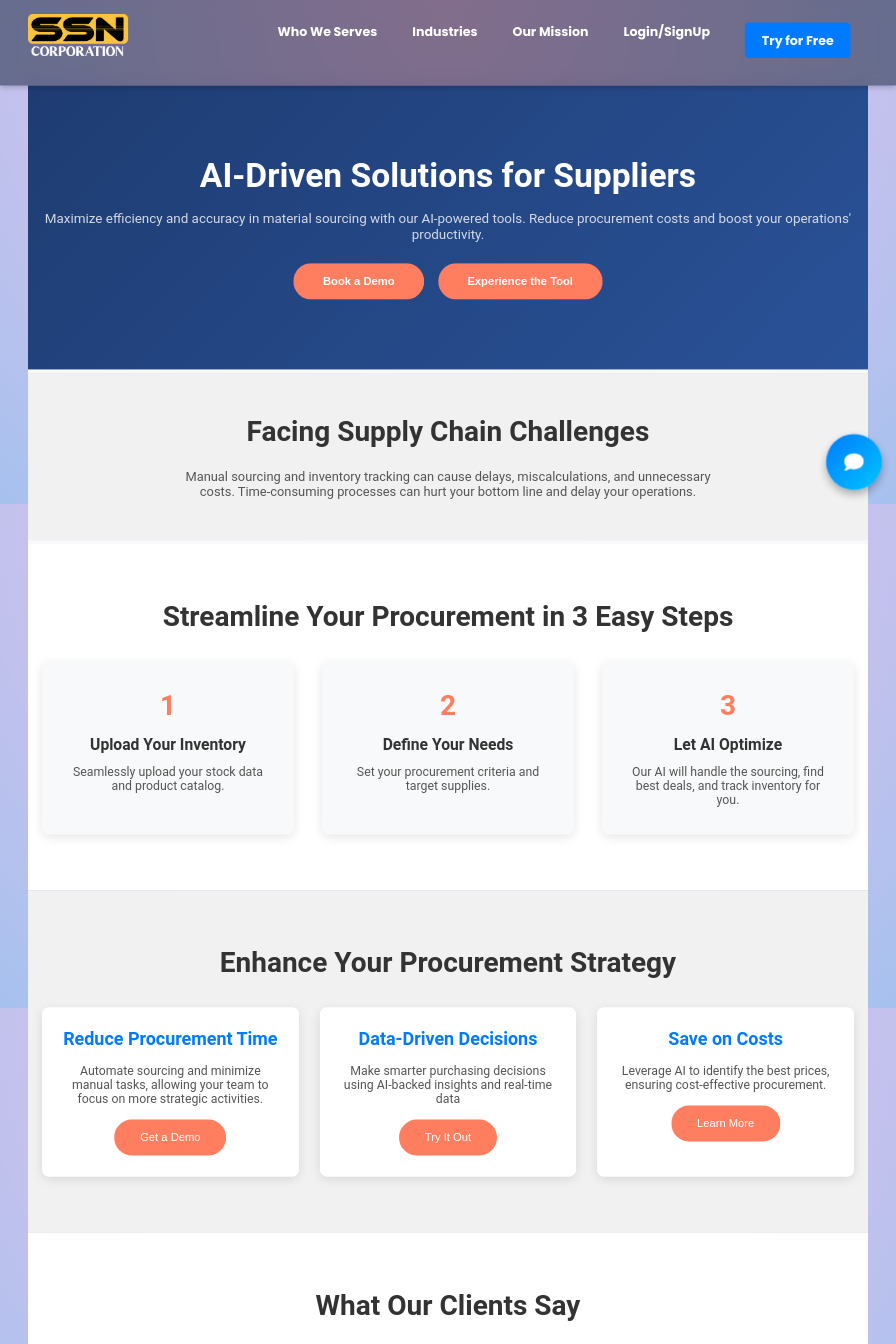
Repository: aabhashbasnet/SSNCorporation
Page: /who-we-serve/suppliers
An editor plug-in stored every save of this project. The page is shown before and after the next save, followed by the edit.
The browser window is 1280 px wide. The pictures show the part of the page from y = 0 to 1920 px (the page is 3004 px tall before and 3017 px after), at 70% of full size.
The project was rebuilt for these pictures with package versions that can differ from the ones it lists, and the page was loaded fresh each time. Also part of the build but not shown: src/components/Main/Main.jsx, src/components/Working/Working.css, src/components/Working/Working.jsx, src/components/Footer/Footer.jsx, src/pages/OurMission/OurMission.jsx, src/pages/LoginSignUp/LoginSignUp.css, src/pages/LoginSignUp/LoginSignUp.jsx, src/pages/Industries/Industries.jsx and 8 more.

Above is the page before, as saved 2025-02-11 13:35:53.

### src/index.css
/* index.css or App.css */
body {
  margin: 0;
  padding: 0;
  font-family: 'Poppins', sans-serif; /* Optional: Add modern typography */
  /* background: linear-gradient(to bottom, #0a192f, #162447); */
  /* background: linear-gradient(to bottom, #0a192f, #004aad); */
  /* background: radial-gradient(circle at top, #00c6ff, #0072ff, #0a192f);
  background: radial-gradient(circle at top, #ff7e5f, #feb47b, #f4f4f4);
  background: radial-gradient(circle at top, #6a11cb, #2575fc);
  background: radial-gradient(circle at top, #ff416c, #ff4b2b); */
  background: radial-gradient(circle at top, #fbc2eb, #a6c1ee);
  /* color: white; Ensures text is readable */
  min-height: 100vh;
}

### src/App.css
.app-container {
  min-height: 100vh;
  display: flex;
  flex-direction: column;
  background-size: cover;
  background-position: center;
}

### src/components/Main/Main.css
/* Ensure the main content takes up the remaining spaces */
html, body {
  height: 100%;
  margin: 0;
}

/* Main content styling */
.main-content {
  padding: 50px 20px;
  text-align: center; /* Center align the content */
  min-height: calc(100vh - 80px); /* Adjust height to fill the remaining space after navbar */
  display: flex;
  flex-direction: column;
  justify-content: center;
  align-items: center; /* Ensure content is centered horizontally */
}

/* Headline styling */
.headline {
  font-family: Verdana, Geneva, Tahoma, sans-serif;
  font-size: 72px; /* Increased font size */
  font-weight: bold;
  color: #333; /* Dark color for readability */
  margin-bottom: 20px;
  line-height: 1.2;
  white-space: normal; /* Allow line breaks */
  display: inline-block; /* Make it an inline-block element */
  max-width: 90%; /* Set a max-width for better control */
}

/* Description styling */
.description {
  font-size: 18px;
  font-weight: bolder;
  color: white; /* Slightly lighter color */
  max-width: 800px; /* Set max-width to avoid overly long lines */
  margin: 0 auto; /* Center align */
  line-height: 1.6;
}

.instant {
  color: red;
}

/* Button container styling */
.button-container {
  display: flex;
  gap: 20px; /* Add space between buttons */
  justify-content: center;
  margin-top: 20px;
  flex-wrap: wrap; /* Ensure buttons wrap on small screens */
  align-items: center; /* Center the buttons */
}

/* Button base styling */
.button {
  padding: 12px 30px;
  font-size: 16px;
  font-weight: bold;
  border: none;
  border-radius: 5px;
  cursor: pointer;
  transition: transform 0.3s ease, background-color 0.3s ease;
  display: inline-block;
}

/* Default button styling (for both buttons) */
.button:hover {
  transform: translateY(-3px);
}

/* "Get Started" button styling */
.button.primary {
  background-color: #007bff; /* Blue color */
  color: white;
  font-size: larger;
}

.button.primary:hover {
  background-color: #0056b3; /* Darker blue on hover */
}

/* "Connect with Us" button styling */
.button.connect {
  background-color: #28a745; /* Green color */
  color: white;
}

.button.connect:hover {
  background-color: #218838; /* Darker green on hover */
}

/* Add some responsive styling */
@media (max-width: 768px) {
  .headline {
    font-size: 48px; /* Adjust the headline font size on mobile */
  }

  .description {
    font-size: 16px; /* Adjust description font size on mobile */
    padding: 0 20px; /* Add padding on sides for better readability */
  }

  .button-container {
    flex-direction: column; /* Stack buttons on mobile */
    align-items: center; /* Center align the buttons */
  }

  .button {
    width: 100%; /* Make buttons full width on small screens */
    max-width: 300px; /* Set a maximum width for buttons */
    margin: 10px 0; /* Add margin for space between buttons */
  }
}

### src/components/Footer/Footer.css
.footer {
    background-color: #333;
    background: #2c3e50; /* Dark blue/gray */
    background: radial-gradient(circle at top, #333, #555);
    background: radial-gradient(circle at top, #4b0082, #2c003e);
    background: radial-gradient(circle at top, #2a2a2a, #3b3b3b);
    background: radial-gradient(circle at top, #2a2a2a, #4e4e4e);

    color: white;
    padding: 30px;
  }

  .footer-content {
    display: flex;
    flex-wrap: wrap;
    justify-content: space-around;
    max-width: 1200px;
    margin: 0 auto;
  }

  .footer-section {
    flex: 1 1 30%;
    margin-bottom: 20px;
    text-align: center;
  }

  .logo {
    width: 120px;
    height: auto;
    margin-bottom: 15px;
  }

  .social-links {
    display: flex;
    justify-content: center; /* Center social icons */
    gap: 20px;
  }

  .social-icon {
    font-size: 28px;
    color: white;
    transition: color 0.3s ease;
  }

  .social-icon:hover {
    color: #0e76a8;
  }


  .footer-section h4 {
    font-size: 1.5rem; /* Use rem for scalable font sizes */
    font-weight: bold;
    margin-bottom: 10px;
    color: rgb(11, 240, 11);
    text-transform: uppercase;
  }
  .footer-nav {
    list-style: none;
    padding: 0;
    margin: 0;
  }

  .footer-nav li {
    margin-bottom: 10px;
  }

  .footer-nav a {
    font-size: 1rem;
    color: hsl(0, 0%, 100%);
    text-decoration: none;
    transition: color 0.3s ease;
  }

  .footer-nav a:hover {
    color: #0e76a8;
  }

  .newsletter {
    display: flex;
    flex-direction: column; /* Stack input and button */
    align-items: center; /* Center content horizontally */
  }

  .email-input {
    padding: 10px;
    border: 1px solid #fff;
    border-radius: 5px;
    width: 80%; /* Make input responsive */
    margin-bottom: 10px;
    background-color: #444;
    color: white;
  }

  .subscribe-button {
    padding: 10px 20px;
    background-color: #d31b1b;
    color: white;
    border: none;
    border-radius: 5px;
    cursor: pointer;
    transition: background-color 0.3s ease;
    width: 80%; /* Make button responsive */
  }

  .subscribe-button:hover {
    background-color: #b91b1b;
  }

  @media screen and (max-width: 768px) {
    .footer-section {
      flex: 1 1 100%; /* Each section takes full width on mobile */
      margin-bottom: 20px; /* Add space between sections */
    }

    .newsletter {
      flex-direction: column; /* Stack input and button vertically */
      align-items: center; /* Center the content horizontally */
    }

    .email-input,
    .subscribe-button {
      width: 100%; /* Full width input and button */
    }

    .footer-nav li {
      margin-bottom: 5px; /* Reduce margin between links */
    }
  }

### src/pages/Industries/Industries.css
/* Import Poppins font */
@import url('https://fonts.googleapis.com/css2?family=Poppins:wght@700&display=swap');

.industries-container {
  padding: 5rem 1rem;
}

.industries-title {
  font-family: Arial, Helvetica, sans-serif;
  text-align: center;
  font-size: 2.9rem;
  color: #1f2937;
  margin-bottom: 1rem;
  font-weight: 1000;
}

.industries-subtitle {
  text-align: center;
  color: #4b5563;
  font-size: 1.125rem;
  max-width: 800px;
  margin: 0 auto 3rem;
  line-height: 1.6;
}

.industries-grid {
  display: grid;
  gap: 2rem;
  grid-template-columns: 1fr;
}

.industry-card {
  background: white;
  padding: 2.5rem;
  border-radius: 1rem;
  box-shadow: 0 4px 6px -1px rgba(0, 0, 0, 0.1);
  transition: transform 0.3s ease, box-shadow 0.3s ease;
}

.industry-card:hover {
  transform: translateY(-5px);
  box-shadow: 0 10px 15px -3px rgba(0, 0, 0, 0.1);
}

.icon-container {
  width: 60px;
  height: 60px;
  border-radius: 50%;
  display: flex;
  align-items: center;
  justify-content: center;
  margin-bottom: 1.5rem;
}

.industry-icon {
  font-size: 2.5rem;
  color: white;
}

.industry-title {
  color: #1f2937;
  font-size: 1.5rem;
  margin: 1.5rem 0 1rem;
  font-weight: 600;
}

.industry-description {
  color: #4b5563;
  line-height: 1.6;
  margin-bottom: 1.5rem;
}

.learn-more-btn {
  color: #3b82f6;
  text-decoration: none;
  font-weight: 500;
  display: inline-flex;
  align-items: center;
  gap: 0.5rem;
  transition: color 0.3s ease;
}

.learn-more-btn:hover {
  color: #2563eb;
}

@media (min-width: 768px) {
  .industries-grid {
    grid-template-columns: repeat(2, 1fr);
  }
}

@media (min-width: 1024px) {
  .industries-grid {
    grid-template-columns: repeat(4, 1fr);
  }

  .industries-title {
    font-size: 3rem;
  }

  .industries-subtitle {
    font-size: 1.25rem;
  }
}

### src/pages/Industries/FacilitiesMaintainance.css
/* Reset and base styles */
* {
  margin: 0;
  padding: 0;
  box-sizing: border-box;
}

body {
  background-color: #f5f7fa;
}

/* General section styling */
section {
  padding: 4rem 2rem;
  max-width: 1200px;
  margin: 0 auto;
}

/* Overview section */
.overview-section {
  display: flex;
  gap: 3rem;
  align-items: center;
  min-height: 80vh;
  background: linear-gradient(135deg, #e8f4fd 0%, #f5f7fa 100%);
  border-radius: 20px;
  margin: 2rem auto;
}

.overview-text {
  flex: 1;
}

.overview-text h1 {
  font-size: 3rem;
  margin-bottom: 1.5rem;
  color: #2c3e50;
  line-height: 1.2;
  font-weight: 700;
}

.overview-text p {
  font-size: 1.1rem;
  line-height: 1.6;
  color: #5a6c7d;
  margin-bottom: 1.5rem;
}

.overview-image {
  flex: 1;
  position: relative;
}

.overview-image img {
  width: 100%;
  height: auto;
  border-radius: 15px;
  box-shadow: 0 20px 40px rgba(0, 0, 0, 0.1);
}

/* Features and Benefits section */
.features-benefits {
  background: linear-gradient(135deg, #f5f7fa 0%, #e8f4fd 100%);
  text-align: center;
  padding: 5rem 2rem;
  border-radius: 20px;
  margin: 2rem auto;
}

.features-benefits h2 {
  font-size: 2.5rem;
  color: #2c3e50;
  margin-bottom: 3rem;
  font-weight: 700;
}

.feature-card {
  background: rgba(255, 255, 255, 0.9);
  padding: 2rem;
  border-radius: 10px;
  box-shadow: 0 10px 20px rgba(0, 0, 0, 0.05);
  transition: transform 0.3s ease;
  text-align: center;
}

.feature-card:hover {
  transform: translateY(-5px);
  background: rgba(255, 255, 255, 0.95);
  box-shadow: 0 15px 30px rgba(0, 0, 0, 0.1);
}

.feature-card i {
  font-size: 2.5rem;
  margin-bottom: 1rem;
}

.feature-card h3 {
  font-size: 1.5rem;
  color: #2c3e50;
  margin-bottom: 1rem;
  font-weight: 600;
}

.feature-card p {
  color: #5a6c7d;
  line-height: 1.5;
}

/* CTA section */
.cta-section {
  text-align: center;
  background: linear-gradient(135deg, #3498db, #2980b9);
  color: white;
  border-radius: 15px;
  margin: 2rem auto;
  padding: 4rem 2rem;
  box-shadow: 0 15px 30px rgba(41, 128, 185, 0.2);
}

.cta-section h2 {
  font-size: 2.5rem;
  margin-bottom: 1.5rem;
  font-weight: 700;
}

.cta-section p {
  font-size: 1.2rem;
  margin-bottom: 2rem;
  max-width: 600px;
  margin-left: auto;
  margin-right: auto;
  line-height: 1.6;
}

.cta-button {
  display: inline-block;
  padding: 1rem 2rem;
  font-size: 1.2rem;
  font-weight: 600;
  text-decoration: none;
  color: white;
  background: linear-gradient(135deg, #28a745, #218838);
  border-radius: 30px;
  transition: all 0.3s ease;
  cursor: pointer;
  border: 2px solid transparent;
  box-shadow: 0 4px 15px rgba(40, 167, 69, 0.2);
}

.cta-button:hover {
  transform: scale(1.05);
  box-shadow: 0 6px 20px rgba(40, 167, 69, 0.3);
  background: linear-gradient(135deg, #218838, #28a745);
  color: white;
  border-color: rgba(255, 255, 255, 0.2);
}

/* Responsive Design */
@media (max-width: 1024px) {
  .features-grid {
      grid-template-columns: repeat(2, 1fr);
  }
}

@media (max-width: 768px) {
  .overview-section {
      flex-direction: column;
      text-align: center;
  }

  .overview-text h1 {
      font-size: 2.5rem;
  }

  .features-grid {
      grid-template-columns: 1fr;
  }

  .cta-section h2 {
      font-size: 2rem;
  }
}

@media (max-width: 480px) {
  section {
      padding: 2rem 1rem;
  }

  .overview-text h1 {
      font-size: 2rem;
  }

  .features-benefits h2 {
      font-size: 2rem;
  }

  .feature-card {
      margin: 0;
  }

  .cta-button {
      width: 90%;
      max-width: 300px;
  }
}

### src/pages/WhoWeServe/Suppliers.css
/* Supplier Section Styles */
.supplier-section {
  font-family: 'Roboto', sans-serif;
  color: #333;
  margin: 0;
  padding: 0;
  box-sizing: border-box;
}

/* Hero Section */
.supplier-section .hero {
  background: linear-gradient(135deg, #1e3c72, #2a5298);
  color: #fff;
  padding: 100px 20px;
  text-align: center;
  border-bottom: 5px solid #f8f9fa;
}

.supplier-section .hero .hero-content h1 {
  font-size: 3rem;
  font-weight: 700;
  margin-bottom: 20px;
  line-height: 1.2;
}

.supplier-section .hero .hero-content p {
  font-size: 1.2rem;
  margin-bottom: 30px;
  opacity: 0.8;
}

.supplier-section .hero .hero-buttons {
  display: flex;
  justify-content: center;
  gap: 20px;
}

.supplier-section .hero .cta-demo,
.supplier-section .hero .cta-experience {
  background-color: #ff7e5f;
  color: white;
  border: none;
  padding: 15px 40px;
  font-size: 1rem;
  font-weight: 600;
  border-radius: 50px;
  cursor: pointer;
  transition: all 0.3s ease;
  border: 2px solid transparent;
}

.supplier-section .hero .cta-demo:hover,
.supplier-section .hero .cta-experience:hover {
  background-color: #feb47b;
  border: 2px solid #ff7e5f;
}

/* Challenges Section */
.supplier-section .challenges {
  background-color: #f1f1f1;
  padding: 60px 20px;
  text-align: center;
}

.supplier-section .challenges h2 {
  font-size: 2.5rem;
  font-weight: 600;
  color: #333;
  margin-bottom: 30px;
}

.supplier-section .challenges p {
  font-size: 1.15rem;
  color: #555;
  max-width: 800px;
  margin: 0 auto;
}

/* Process Section */
.supplier-section .process {
  padding: 80px 20px;
  background-color: #fff;
  text-align: center;
  border-top: 5px solid #f8f9fa;
}

.supplier-section .process h2 {
  font-size: 2.5rem;
  color: #333;
  margin-bottom: 40px;
  font-weight: 600;
}

.supplier-section .process .steps {
  display: grid;
  grid-template-columns: repeat(auto-fill, minmax(280px, 1fr));
  gap: 40px;
  justify-items: center;
}

.supplier-section .process .step {
  background-color: #f8f9fa;
  padding: 40px;
  border-radius: 10px;
  box-shadow: 0 4px 15px rgba(0, 0, 0, 0.1);
  text-align: center;
  transition: transform 0.3s ease, box-shadow 0.3s ease;
}

.supplier-section .process .step:hover {
  transform: translateY(-10px);
  box-shadow: 0 6px 20px rgba(0, 0, 0, 0.1);
}

.supplier-section .process .step-number {
  font-size: 2.5rem;
  font-weight: bold;
  color: #ff7e5f;
  margin-bottom: 20px;
}

.supplier-section .process .step h3 {
  font-size: 1.4rem;
  color: #333;
  margin-bottom: 15px;
}

.supplier-section .process .step p {
  font-size: 1.1rem;
  color: #555;
}

/* Benefits Section */
.supplier-section .benefits {
  padding: 80px 20px;
  background-color: #f1f1f1;
  text-align: center;
}

.supplier-section .benefits h2 {
  font-size: 2.5rem;
  color: #333;
  margin-bottom: 40px;
  font-weight: 600;
}

.supplier-section .benefits .benefit-container {
  display: grid;
  grid-template-columns: repeat(auto-fill, minmax(280px, 1fr));
  gap: 30px;
}

.supplier-section .benefits .benefit {
  background-color: #fff;
  padding: 30px;
  border-radius: 10px;
  box-shadow: 0 4px 15px rgba(0, 0, 0, 0.1);
  text-align: center;
  transition: transform 0.3s ease, box-shadow 0.3s ease;
}

.supplier-section .benefits .benefit:hover {
  transform: translateY(-10px);
  box-shadow: 0 6px 20px rgba(0, 0, 0, 0.1);
}

.supplier-section .benefits .benefit h3 {
  font-size: 1.6rem;
  color: #007bff;
  margin-bottom: 20px;
}

.supplier-section .benefits .benefit p {
  font-size: 1.1rem;
  color: #555;
  margin-bottom: 20px;
}

.supplier-section .benefits .cta-demo {
  background-color: #ff7e5f;
  color: white;
  padding: 15px 35px;
  font-size: 1rem;
  border-radius: 50px;
  cursor: pointer;
  border: 2px solid transparent;
  transition: all 0.3s ease;
}

.supplier-section .benefits .cta-demo:hover {
  background-color: #feb47b;
  border: 2px solid #ff7e5f;
}

/* Testimonials Section */
.supplier-section .testimonials {
  padding: 80px 20px;
  background-color: #fff;
  text-align: center;
}

.supplier-section .testimonials h2 {
  font-size: 2.5rem;
  font-weight: 600;
  color: #333;
  margin-bottom: 40px;
}

.supplier-section .testimonials .testimonial-container {
  display: flex;
  justify-content: space-between;
  gap: 30px;
  flex-wrap: wrap;
}

.supplier-section .testimonials .testimonial {
  background-color: #f8f9fa;
  padding: 30px;
  border-radius: 10px;
  box-shadow: 0 4px 15px rgba(0, 0, 0, 0.1);
  flex: 1 1 45%;
  text-align: center;
  transition: transform 0.3s ease, box-shadow 0.3s ease;
}

.supplier-section .testimonials .testimonial:hover {
  transform: translateY(-10px);
  box-shadow: 0 6px 20px rgba(0, 0, 0, 0.1);
}

.supplier-section .testimonials .testimonial-image-container {
  margin-bottom: 20px;
}

.supplier-section .testimonials .testimonial-image {
  width: 80px;
  height: 80px;
  border-radius: 50%;
  object-fit: cover;
  margin-bottom: 20px;
}

.supplier-section .testimonials p {
  font-size: 1.1rem;
  color: #333;
  margin-bottom: 15px;
}

.supplier-section .testimonials span {
  font-size: 1.1rem;
  color: #007bff;
}

/* Categories Section */
.supplier-section .categories {
  padding: 60px 20px;
  background-color: #f1f1f1;
  text-align: center;
}

.supplier-section .categories h2 {
  font-size: 2.5rem;
  color: #333;
  margin-bottom: 40px;
}

.supplier-section .categories ul {
  list-style-type: none;
  padding: 0;
  font-size: 1.2rem;
}

.supplier-section .categories ul li {
  color: #333;
  margin-bottom: 12px;
}

/* Final CTA Section */
.supplier-section .cta-final {
  padding: 80px 20px;
  text-align: center;
  background: linear-gradient(135deg, #ff7e5f, #feb47b);
  color: white;
}

.supplier-section .cta-final h2 {
  font-size: 2.5rem;
  font-weight: 600;
  margin-bottom: 30px;
}

.supplier-section .cta-final .cta-buttons {
  display: flex;
  justify-content: center;
  gap: 20px;
}

.supplier-section .cta-final .cta-demo,
.supplier-section .cta-final .cta-free {
  background-color: #007bff;
  color: white;
  border: none;
  padding: 15px 35px;
  font-size: 1rem;
  border-radius: 50px;
  cursor: pointer;
  transition: all 0.3s ease;
}

.supplier-section .cta-final .cta-demo:hover,
.supplier-section .cta-final .cta-free:hover {
  background-color: #0056b3;
}

Loaded but not shown: public/index.html (common file); src/index.js (common file); src/reportWebVitals.js (common file); src/App.js (63 lines, source omitted); src/components/FloatingChatButton/FloatingChatButton.jsx (177 lines, source omitted); src/components/FloatingChatButton/FloatingChatButton.css (285 lines, source omitted); src/components/Navbar/Navbar.jsx (138 lines, source omitted); src/pages/WhoWeServe/Suppliers.jsx (136 lines, source omitted); src/components/Navbar/Navbar.css (231 lines, source omitted); src/pages/Industries/Paving.css (214 lines, source omitted); src/pages/Industries/Landscaping.css (213 lines, source omitted); src/pages/OurMission/OurMission.css (228 lines, source omitted); src/pages/Industries/GeneralConstruction.css (205 lines, source omitted); src/pages/WhoWeServe/Contractors.jsx (no stored copy; drawn as an empty file); src/pages/WhoWeServe/SubContractors.jsx (no stored copy; drawn as an empty file)

After the next save:
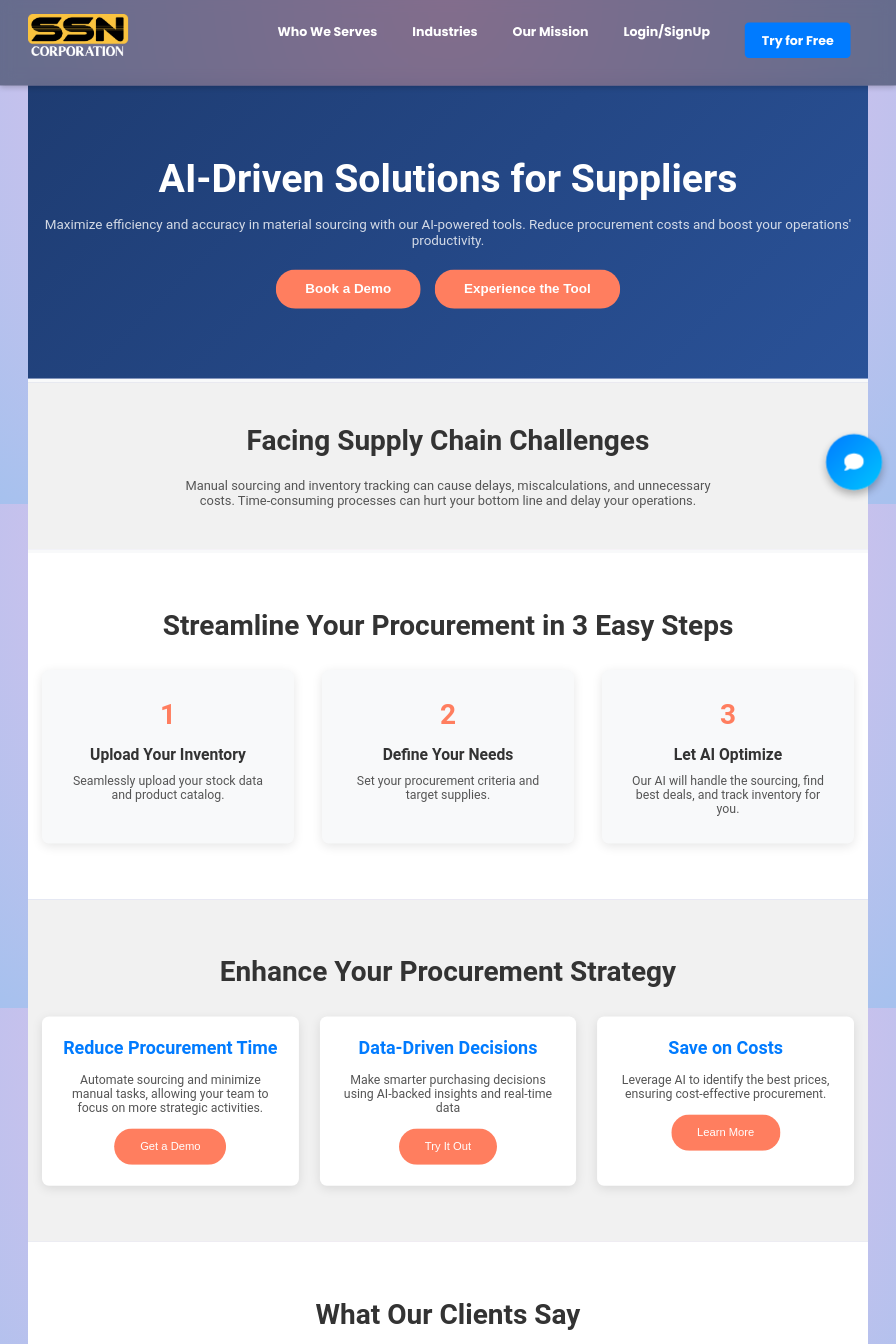
Saved 116 s later.
--- a/src/pages/WhoWeServe/Suppliers.css
+++ b/src/pages/WhoWeServe/Suppliers.css
@@ -5,6 +5,7 @@
   margin: 0;
   padding: 0;
   box-sizing: border-box;
+  transition: all 0.3s ease;
 }
 
 /* Hero Section */
@@ -14,19 +15,22 @@
   padding: 100px 20px;
   text-align: center;
   border-bottom: 5px solid #f8f9fa;
+  animation: fadeIn 1.5s ease-out;
 }
 
 .supplier-section .hero .hero-content h1 {
-  font-size: 3rem;
+  font-size: 3.5rem;
   font-weight: 700;
   margin-bottom: 20px;
   line-height: 1.2;
+  animation: slideInFromLeft 1s ease-out;
 }
 
 .supplier-section .hero .hero-content p {
   font-size: 1.2rem;
   margin-bottom: 30px;
   opacity: 0.8;
+  animation: fadeIn 1.5s ease-out 0.5s;
 }
 
 .supplier-section .hero .hero-buttons {
@@ -41,7 +45,7 @@
   color: white;
   border: none;
   padding: 15px 40px;
-  font-size: 1rem;
+  font-size: 1.2rem;
   font-weight: 600;
   border-radius: 50px;
   cursor: pointer;
@@ -55,11 +59,30 @@
   border: 2px solid #ff7e5f;
 }
 
+@keyframes fadeIn {
+  0% {
+    opacity: 0;
+  }
+  100% {
+    opacity: 1;
+  }
+}
+
+@keyframes slideInFromLeft {
+  0% {
+    transform: translateX(-100%);
+  }
+  100% {
+    transform: translateX(0);
+  }
+}
+
 /* Challenges Section */
 .supplier-section .challenges {
   background-color: #f1f1f1;
   padding: 60px 20px;
   text-align: center;
+  animation: fadeIn 1.5s ease-out 0.5s;
 }
 
 .supplier-section .challenges h2 {
@@ -76,12 +99,41 @@
   margin: 0 auto;
 }
 
+/* Tailored for Every Industry Section */
+.supplier-section .tailored {
+  background-color: #007bff;
+  color: #fff;
+  padding: 80px 20px;
+  text-align: center;
+  border-radius: 10px;
+  box-shadow: 0 10px 30px rgba(0, 0, 0, 0.1);
+  margin-top: 60px;
+  animation: fadeInUp 1.5s ease-out;
+}
+
+.supplier-section .tailored h2 {
+  font-size: 3rem;
+  font-weight: 700;
+  margin-bottom: 20px;
+  line-height: 1.2;
+  opacity: 0.9;
+}
+
+.supplier-section .tailored p {
+  font-size: 1.2rem;
+  margin-bottom: 30px;
+  max-width: 800px;
+  margin: 0 auto;
+  opacity: 0.8;
+}
+
 /* Process Section */
 .supplier-section .process {
   padding: 80px 20px;
   background-color: #fff;
   text-align: center;
   border-top: 5px solid #f8f9fa;
+  animation: fadeIn 1.5s ease-out 0.5s;
 }
 
 .supplier-section .process h2 {
@@ -135,6 +187,7 @@
   padding: 80px 20px;
   background-color: #f1f1f1;
   text-align: center;
+  animation: fadeIn 1.5s ease-out 0.5s;
 }
 
 .supplier-section .benefits h2 {
@@ -197,6 +250,7 @@
   padding: 80px 20px;
   background-color: #fff;
   text-align: center;
+  animation: fadeIn 1.5s ease-out 0.5s;
 }
 
 .supplier-section .testimonials h2 {
@@ -256,6 +310,7 @@
   padding: 60px 20px;
   background-color: #f1f1f1;
   text-align: center;
+  animation: fadeIn 1.5s ease-out 0.5s;
 }
 
 .supplier-section .categories h2 {
@@ -281,6 +336,7 @@
   text-align: center;
   background: linear-gradient(135deg, #ff7e5f, #feb47b);
   color: white;
+  animation: fadeIn 1.5s ease-out 0.5s;
 }
 
 .supplier-section .cta-final h2 {
@@ -311,3 +367,15 @@
 .supplier-section .cta-final .cta-free:hover {
   background-color: #0056b3;
 }
+
+/* Tailored for Every Industry Animation */
+@keyframes fadeInUp {
+  0% {
+    opacity: 0;
+    transform: translateY(30px);
+  }
+  100% {
+    opacity: 1;
+    transform: translateY(0);
+  }
+}
